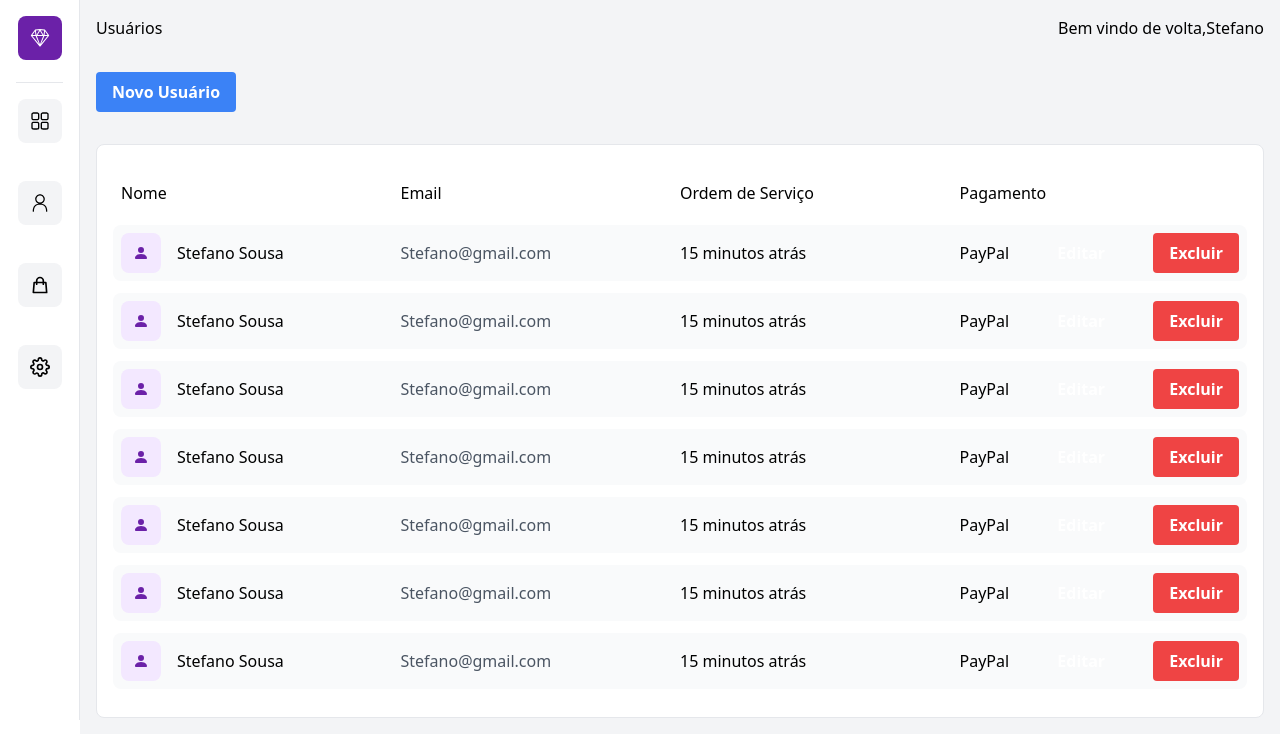
Repository: stefanosousaa/dashboard-next13
Page: /costumers
These files come from the project's save history. The page is drawn as it stood at one moment and after the next save; the edit follows.
The browser window is 1280 px wide. The pictures show the whole page.
The project was rebuilt for these pictures with package versions that can differ from the ones it lists, and the page was loaded fresh each time. The framework's server and built-in components were replaced by stand-ins that run in the browser. Also part of the build but not shown: next.config.js.

Above is the page before, as saved 2023-05-18 18:08:56.

After the next save:
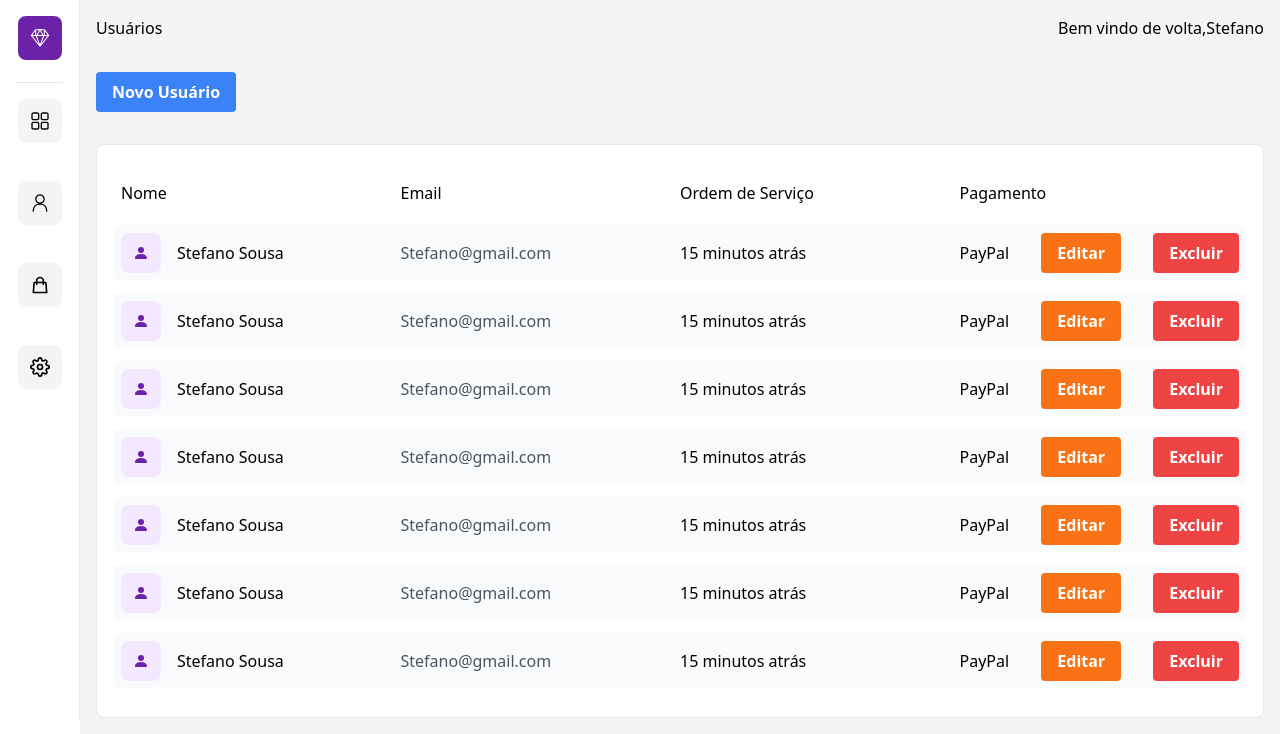
Saved 77 s later.
--- a/pages/costumers.jsx
+++ b/pages/costumers.jsx
@@ -33,7 +33,7 @@ const costumers = () => {
                       <p className='hidden md:flex'>{order.date}</p>
                       <div className='sm:flex hidden justify-between items-center'>
                         <p>{order.method}</p>
-                        <button className='bg-yello-500 hover:bg-yello-700 text-white font-bold py-2 px-4 rounded'>Editar</button>
+                        <button className='bg-orange-500 hover:bg-orange-700 text-white font-bold py-2 px-4 rounded'>Editar</button>
                         <button className='bg-red-500 hover:bg-red-700 text-white font-bold py-2 px-4 rounded'>Excluir</button>
                       </div>
                     </li>
